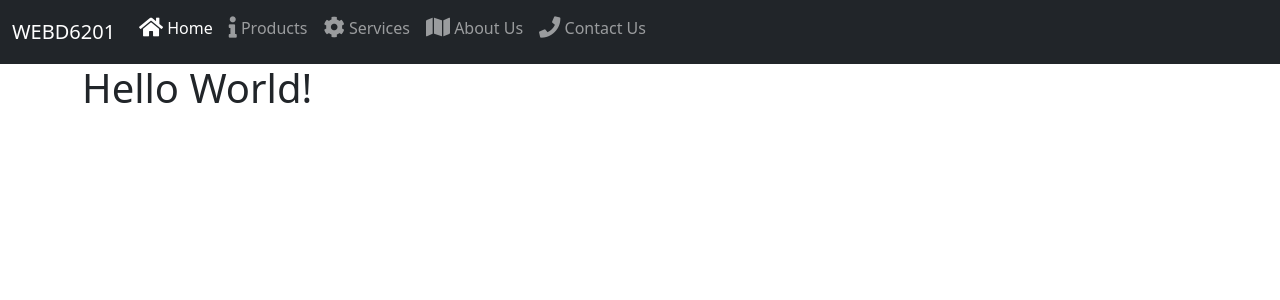
Repository: deividwsantoss/web6201-Lab1
Page: services.html
An editor plug-in stored every save of this project. The page is shown before and after the next save, followed by the edit.
The browser window is 1280 px wide. The pictures show the whole page.

Above is the page before, as saved 2021-02-02 14:58:35.

After the next save:
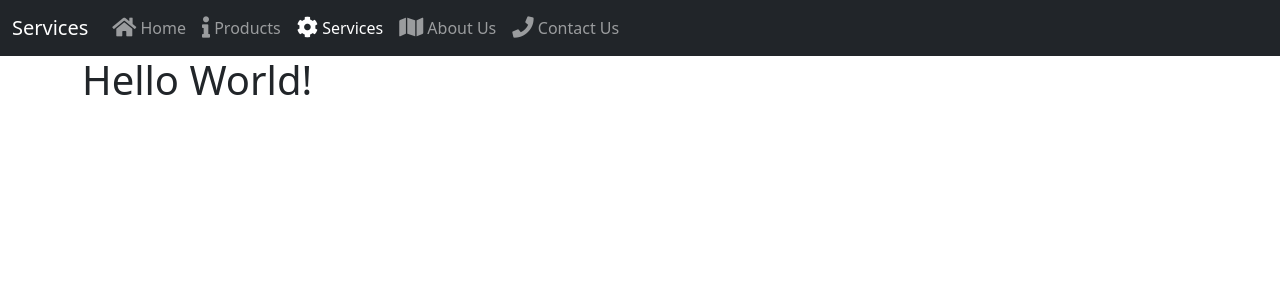
Saved 37 s later.
--- a/services.html
+++ b/services.html
@@ -3,7 +3,7 @@
 <head>
     <meta charset="UTF-8">
     <meta name="viewport" content="width=device-width, initial-scale=1.0">
-    <title>Home</title>
+    <title>Services</title>
 </head>
 <!-- CSS SECTION-->
 <link rel="stylesheet" href="./node_modules/bootstrap/dist/css/bootstrap.min.css">
@@ -15,20 +15,20 @@
     <header>
         <nav class="navbar navbar-expand-lg navbar-dark bg-dark">
             <div class="container-fluid">
-              <a class="navbar-brand" href="Index.html">WEBD6201</a>
+              <a class="navbar-brand" href="Index.html">Services</a>
               <button class="navbar-toggler" type="button" data-bs-toggle="collapse" data-bs-target="#navbarSupportedContent" aria-controls="navbarSupportedContent" aria-expanded="false" aria-label="Toggle navigation">
                 <span class="navbar-toggler-icon"></span>
               </button>
               <div class="collapse navbar-collapse" id="navbarSupportedContent">
-                <ul class="navbar-nav ml-auto mb-2 mr-lg-0">
+                <ul class="navbar-nav ml-auto mb-2 mb-lg-0">
                   <li class="nav-item">
-                    <a class="nav-link active" aria-current="page" href="Index.html"><i class="fas fa-home fa-lg"></i> Home</a>
+                    <a class="nav-link " aria-current="page" href="Index.html"><i class="fas fa-home fa-lg"></i> Home</a>
                   </li>
                   <li class="nav-item">
                     <a class="nav-link" aria-current="page" href="products.html"><i class="fas fa-info fa-lg"></i> Products</a>
                   </li>
                   <li class="nav-item">
-                    <a class="nav-link" aria-current="page" href="services.html"><i class="fas fa-cog fa-lg"></i> Services</a>
+                    <a class="nav-link active" aria-current="page" href="services.html"><i class="fas fa-cog fa-lg"></i> Services</a>
                   </li>
                   <li class="nav-item">
                     <a class="nav-link" aria-current="page" href="about.html"><i class="fas fa-map fa-lg"></i> About Us</a>
